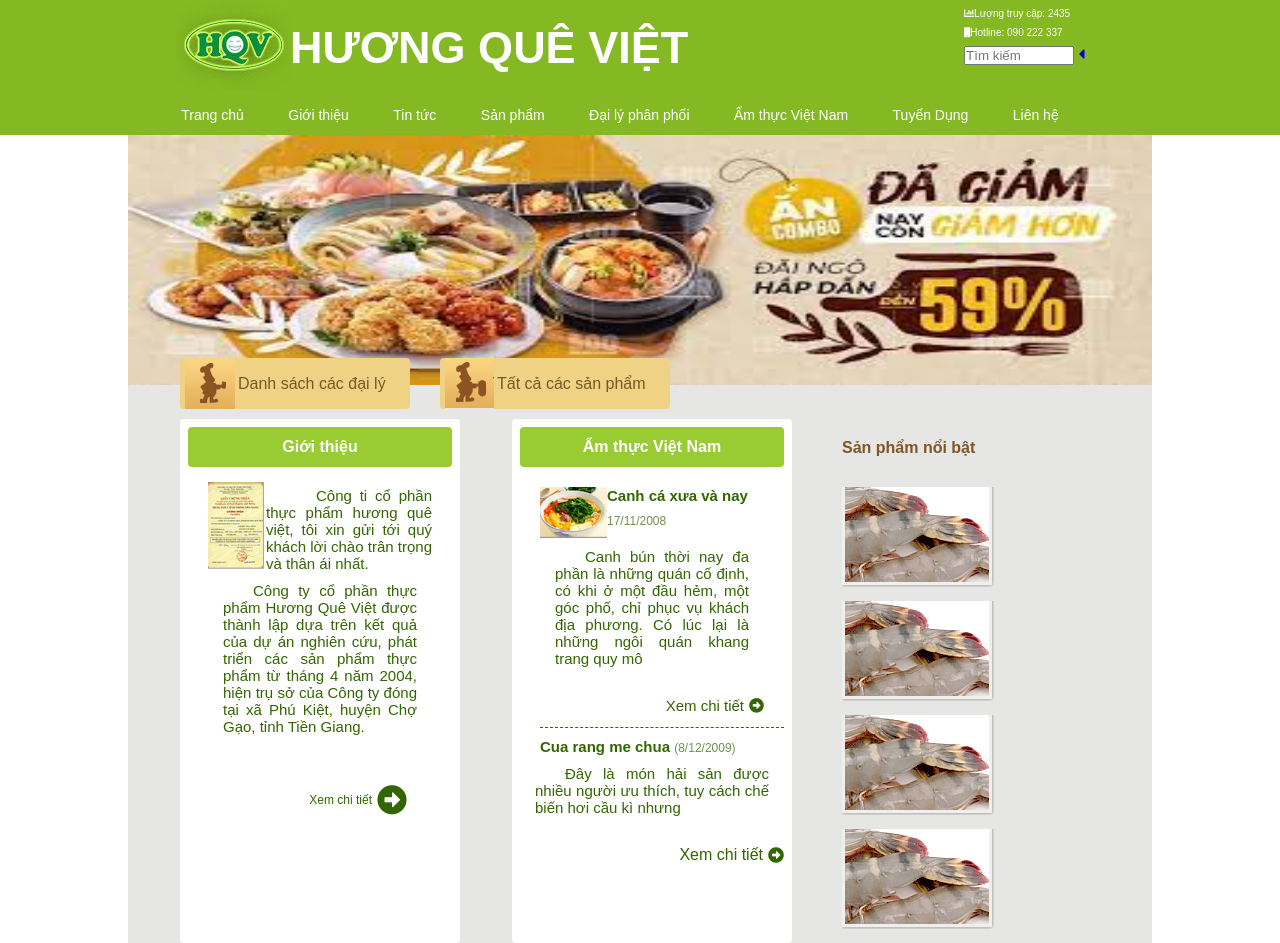
Repository: NgocTruong0701/Self_Learning
Page: html/practice/Baitapweb/index.html
The author's editor kept a copy of each file at every save. The page is drawn from the files as they stood at one save, then again after the next save.
The browser window is 1280 px wide. The pictures show the whole page.

Above is the page before, as saved 2021-10-06 22:21:39.

### html/practice/Baitapweb/index.html
<!DOCTYPE html>
<html>
    <head>
        <title>Web Bài 4</title>
        <meta charset="UTF-8">
        <meta name="author" content="Lê Ngọc Trường">
        <link rel="stylesheet" type="text/css" href="./assets/css/styles.css">
        <link rel="stylesheet" href="./assets/font/fontawesome-free-5.15.4-web/css/all.css">
    </head>

    <body>
        <!-- Begin Header -->
        <header>
            <!-- Banner -->
            <div id="banner">
                <!-- Khối bên trái -->
                <div class="box-left">
                    <!-- logo -->
                    <div class="logo">
                        <img src="./assets/pictures/logo/logo.jpg" alt="logo">
                    </div>

                    <!-- tiêu đề -->
                    <div class="header-heading">
                        hương quê việt
                    </div>
                </div>

                <!-- khối bên phải -->
                <div class="box-right">
                    <div class="thongtin">
                        <div class="ltruycap">
                            <i class="fas fa-chart-bar"></i>
                            <p>Lượng truy cập: 2435</p>
                        </div>

                        <div class="ltruycap">
                            <i class="fas fa-mobile"></i>
                            <p>Hotline: 090 222 337</p>
                        </div>
                    </div>

                    <div class="search">
                        <form action="url" method="GET" >
                            <input type="text" placeholder="Tìm kiếm" class="onhap">
                            <a href="#">
                                <i class="fas fa-caret-left"></i>
                            </a>
                        </form>
                    </div>
                </div>
            </div>

            <!-- menu header -->
            <div class="menu-header">
                <ul class="menu-tren">
                    <li><a href="#">Trang chủ</a></li>
                    <li><a href="#">Giới thiệu</a></li>
                    <li><a href="#">Tin tức</a></li>
                    <li><a href="#">Sản phẩm</a></li>
                    <li><a href="#">Đại lý phân phối</a></li>
                    <li><a href="#">Ẩm thực Việt Nam</a></li>
                    <li><a href="#">Tuyển Dụng</a></li>
                    <li><a href="#">Liên hệ</a></li>
                </ul>
            </div>

        </header>
        <!-- End Header -->

        <!-- Begin Body -->
        <div id="container">
            <div class="box-up">
                <div class="body-banner">
                    <img src="./assets/pictures/banner/banner.jpg" alt="body-banner">
                </div>

                <div class="box-list-title">
                    <div class="body-title">
                        <img src="./assets/pictures/product/BT1_03.gif" alt="daily">

                        <p class="body-list">
                            Danh sách các đại lý
                        </p>
                    </div>

                    <div class="body-title">
                        <img src="./assets/pictures/product/BT1_05.gif" alt="daily">

                        <p class="body-list">
                            Tất cả các sản phẩm
                        </p>
                    </div>
                </div>
            </div>


            <div class="box-down">
                <div class="introduce">
                    <p class="title-introduce">Giới thiệu</p>

                    <div class="box-introduce-first">
                        <img src="./assets/pictures/product/BT1_10.gif" alt="chứng nhận" class="image-box-left">

                        <p class="line-first">Công ti cổ phần thực phẩm hương quê việt, tôi xin gửi tới quý khách lời chào trân trọng và thân ái nhất.</p>

                        <p class="line-second">
                            Công ty cổ phần thực phẩm Hương Quê Việt được thành lập dựa trên kết quả của dự án nghiên cứu, phát triển các sản phẩm thực phẩm từ tháng 4 năm 2004, hiện trụ sở của Công ty đóng tại xã Phú Kiệt, huyện Chợ Gạo, tỉnh Tiền Giang.
                        </p>
                    </div>

                    <div class="more">
                        <p class="text-more">Xem chi tiết</p>

                        <i class="fas fa-arrow-alt-circle-right first-icon"></i>
                    </div>
                </div>

                <div class="review">
                    <p class="title-introduce">Ẩm thực Việt Nam</p>

                    <div class="box-review-first">
                        <img src="./assets/pictures/product/BT1_13.gif" alt="chứng nhận" class="image-box-left">

                        <div class="reviewer">
                            <p class="heading-up">Canh cá xưa và nay</p>

                            <p class="time">17/11/2008</p>
                        </div>


                        <p class="line-second">
                            Canh bún thời nay đa phần là những quán cố định, có khi ở một đầu hẻm, một góc phố, chỉ phục vụ khách địa phương. Có lúc lại là những ngôi quán khang trang quy mô
                        </p>
                        <div class="more-second">
                            <p class="text-more">Xem chi tiết</p>

                            <i class="fas fa-arrow-alt-circle-right second-icon"></i>
                        </div>
                    </div>

                    <div class="box-introduce-second">
                        <p class="heading-up-review">Cua rang me chua <span>(8/12/2009)</span></p>

                        <p class="line-second">
                            Đây là món hải sản được nhiều người ưu thích, tuy cách chế biến hơi cầu kì nhưng
                        </p>

                        <div class="more-second">
                            <p class="text-more">Xem chi tiết</p>

                            <i class="fas fa-arrow-alt-circle-right second-icon"></i>
                        </div>
                    </div>

                </div>



                <div class="list-introduce">
                    <p class="heading-list-introduce">
                        Sản phẩm nổi bật
                    </p>

                    <div class="picture-introduce">
                        <img src="./assets/pictures/product/BT1_16.gif" alt="one" class="img-introduce">
                        <img src="./assets/pictures/product/BT1_16.gif" alt="one" class="img-introduce">
                        <img src="./assets/pictures/product/BT1_16.gif" alt="one" class="img-introduce">
                        <img src="./assets/pictures/product/BT1_16.gif" alt="one" class="img-introduce">
                    </div>
                </div>
            </div>
        </div>
        <!-- End Body -->

        <!-- Begin Footer -->
        <footer>

        </footer>
        <!-- End Footer -->
    </body>
</html>

### html/practice/Baitapweb/assets/css/styles.css
/* RESET CSS */
*{
    padding:0;
    margin: 0;
    box-sizing:border-box;
}

html{
    font-family: Arial, Helvetica, sans-serif;
    color:#fff;
}
/* Begin Header */
header{
    background-color: rgb(132, 185, 35);
    text-align: center;
    width: 100%;
    height: 135px;
}

#banner{
    width: 100%;
    height: 95px;
    display: flex;
    justify-content: space-evenly
}



.header-heading{
    text-transform: uppercase;
    padding-right:100px;
    font-size: 45px;
    font-weight: 700;
}

header .box-left{
    display: flex;
    align-items: center;
}

header .box-right{
    display: inline-block;
    height: 95px;
    position: relative;
    width: 140px;
}

.menu-header{
    height: 40px;
}

.ltruycap{
    display: flex;
    margin: 8px 0;
}

.search{
    position: absolute;
    left:0;

}

.thongtin{
    font-size:10px;
}

.search .onhap{
    width: 110px;
}



.menu-tren li{
    display: inline-block;
    list-style-type:square ;
    margin-right:40px;
}

.menu-tren li a{
    line-height: 40px;
    text-decoration: none;
    color: #fff;
    font-size:14px;
}

.menu-tren li a:hover{
    color: #805528;
}

/* End Header */

/* Begin Container */
#container{
    background: #e6e6e4;
    width: 80%;
    margin-left: auto;
    margin-right: auto;
}
.box-up{
    position: relative;
}

.box-list-title{
    display: inline-flex;
    position: absolute;
    top: 223px;
    left: 52px;
}

.body-title{
    display: flex;
    align-items: center;
    background: #f0d284;
    width: 230px;
    margin-right: 30px;
    border-radius: 4px;
    padding-left:5px;
}

.body-banner img{
    height: 250px ;
    width: 100%;
}

.box-up .body-list{
    color:#7d5527;
    padding-left:3px ;
}

.box-down{
    color: #336600 ;
    display: flex;
}

.box-down .introduce{
    margin-top: 30px;
    max-width: 280px;
    display: inline-block;
    margin-left: 52px;
    background: #fff;
    padding: 8px;
    border-radius: 4px;
}

.box-down .title-introduce{
    background: #99cc33;
    height: 40px;
    line-height: 40px;
    color:#fff;
    text-align:center;
    font-weight: 600;
    border-radius:4px;
}

.box-introduce-first{
    margin: 15px 20px 0 20px;
    font-size:15px;
}

.box-down img.image-box-left{
    float:left;
}

.line-first{
    text-indent: 50px;
    text-align: justify;
    padding:5px 0 0 0;
}

.line-second{
    clear: left;
    margin-top: 5px;
    width: 230x;
    text-align: justify;
}

.more{
    display: flex;
    float: right;
    margin: 50px 45px 50px 0;
    align-items: center;
    cursor:pointer;
}

.more .text-more{
    font-size: 12px;
    margin-right: 5px;
}

.more .first-icon{
    font-size:30px;

}

.review{
    margin-top: 30px;
    max-width: 280px;
    display: inline-block;
    margin-left: 52px;
    background: #fff;
    padding: 8px;
    border-radius: 4px;
}

.heading-up{
    font-weight: 600;
    margin-bottom: 10px;
}

.time{
    font-size:12px;
    opacity: 0.7;
}

.line-second{
    text-indent: 30px;
    padding-top: 10px;
}

.box-review-first{
    margin: 15px 20px 0 20px;
    font-size:15px;

}

.heading-up{
    display: block;
    margin-top: 20px;
}

.more-second{
    display: flex;
    float: right;
    align-items: center;
    cursor: pointer;
    margin-top:30px;
}

.text-more{
    margin-right: 5px;
}

.heading-up-review{
    font-size:15px;
    border-top-style:dashed ;
    border-top-width: thin;
    margin-top: 60px;
    font-weight: 600;
    margin-left: 20px;
    padding-top: 10px;
}

.heading-up-review span{
    font-size:12px;
    opacity: 0.7;
    font-weight: normal;
}

.line-second{
    font-size: 15px;
    margin: 0 15px;
    text-align: justify;
}

.list-introduce{
    margin-left: 50px;
    margin-top: 50px;

}

.list-introduce .heading-list-introduce{
    color:#805528;
    font-weight: bold;
    margin-bottom: 30px;
}

.img-introduce{
    margin: 0 10px 10px 0;
}
/* End Container */

/* Begin Footer */





/* End Footer */

Loaded but not shown: html/practice/Baitapweb/Web4-Webside-LeNgocTruong-2020601391/assets/font/fontawesome-free-5.15.4-web/css/all.css (library)

After the next save:
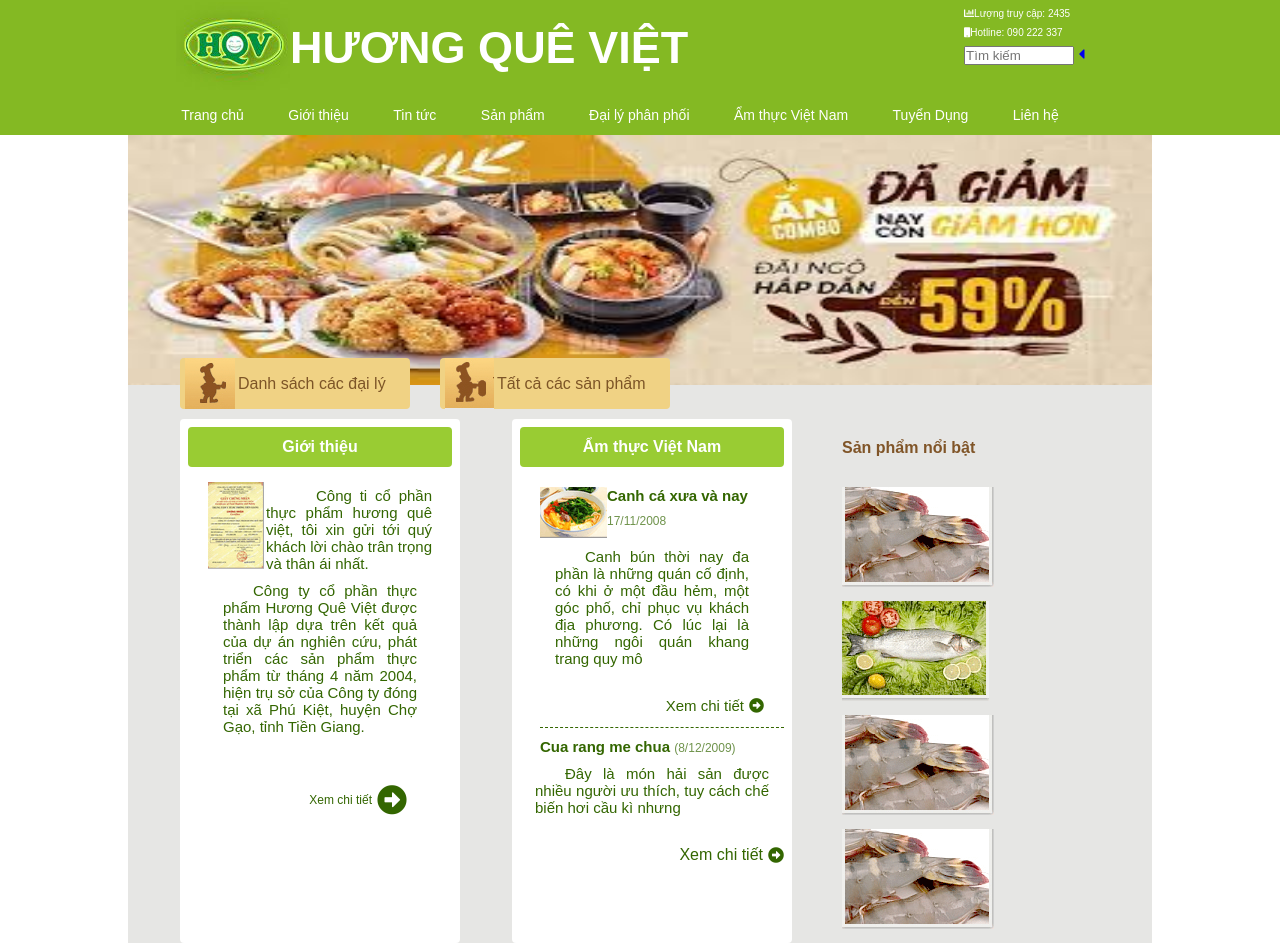
Saved 55 s later.
--- a/html/practice/Baitapweb/index.html
+++ b/html/practice/Baitapweb/index.html
@@ -164,7 +164,7 @@
 
                     <div class="picture-introduce">
                         <img src="./assets/pictures/product/BT1_16.gif" alt="one" class="img-introduce">
-                        <img src="./assets/pictures/product/BT1_16.gif" alt="one" class="img-introduce">
+                        <img src="./assets/pictures/product/BT1_18.gif" alt="one" class="img-introduce">
                         <img src="./assets/pictures/product/BT1_16.gif" alt="one" class="img-introduce">
                         <img src="./assets/pictures/product/BT1_16.gif" alt="one" class="img-introduce">
                     </div>
